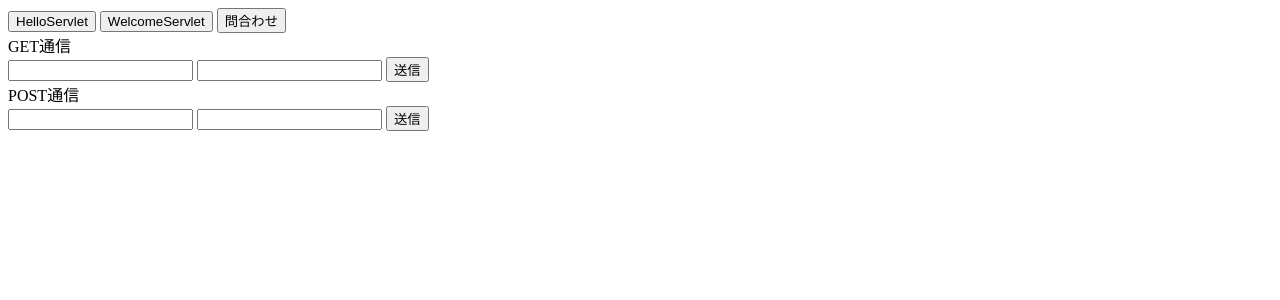
Repository: takano-yoko/test
Page: http://localhost/HelloServlet/
An editor plug-in stored every save of this project. The page is shown before and after the next save, followed by the edit.
The browser window is 1280 px wide. The pictures show the whole page.
The page is served by Tomcat 9. Nobody is signed in. The application's start-up code is not run. Other server files are loaded and not shown.

Above is the page before, as saved 2019-03-13 09:48:49.

### HelloServlet/WebContent/index.jsp
<%@ page language="java" contentType="text/html; charset=UTF-8"
    pageEncoding="UTF-8"%>
<!DOCTYPE html>
<html>
<head>
<meta charset="UTF-8">
<title>HelloServlet</title>
</head>
<body>
<input type="button" value="HelloServlet" onClick="location.href='HelloServlet'">
<input type="button" value="WelcomeServlet" onClick="location.href='welcome.jsp'">
<input type="button" value="問合わせ" onClick="location.href='inquiry.jsp'">
<br>
GET通信
<form method="get" action="TestServlet">
<input type="text" name="username">
<input type="password" name="password">
<input type="submit" value="送信">
</form>
POST通信
<form method="post" action="TestServlet">
<input type="text" name="username">
<input type="password" name="password">
<input type="submit" value="送信">
</form>


</body>
</html>

After the next save:
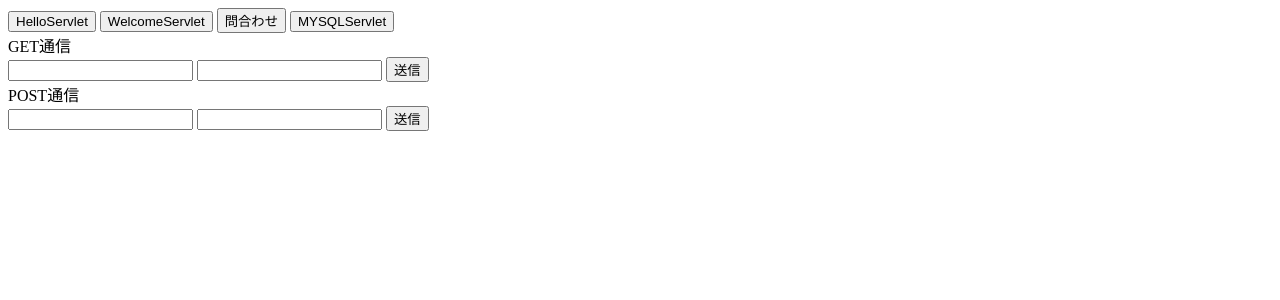
Saved 20 min 56 s later.
--- a/HelloServlet/WebContent/index.jsp
+++ b/HelloServlet/WebContent/index.jsp
@@ -10,6 +10,7 @@
 <input type="button" value="HelloServlet" onClick="location.href='HelloServlet'">
 <input type="button" value="WelcomeServlet" onClick="location.href='welcome.jsp'">
 <input type="button" value="問合わせ" onClick="location.href='inquiry.jsp'">
+<input type="button" value="MYSQLServlet" onClick="location.href='MysqlServlet'">
 <br>
 GET通信
 <form method="get" action="TestServlet">
